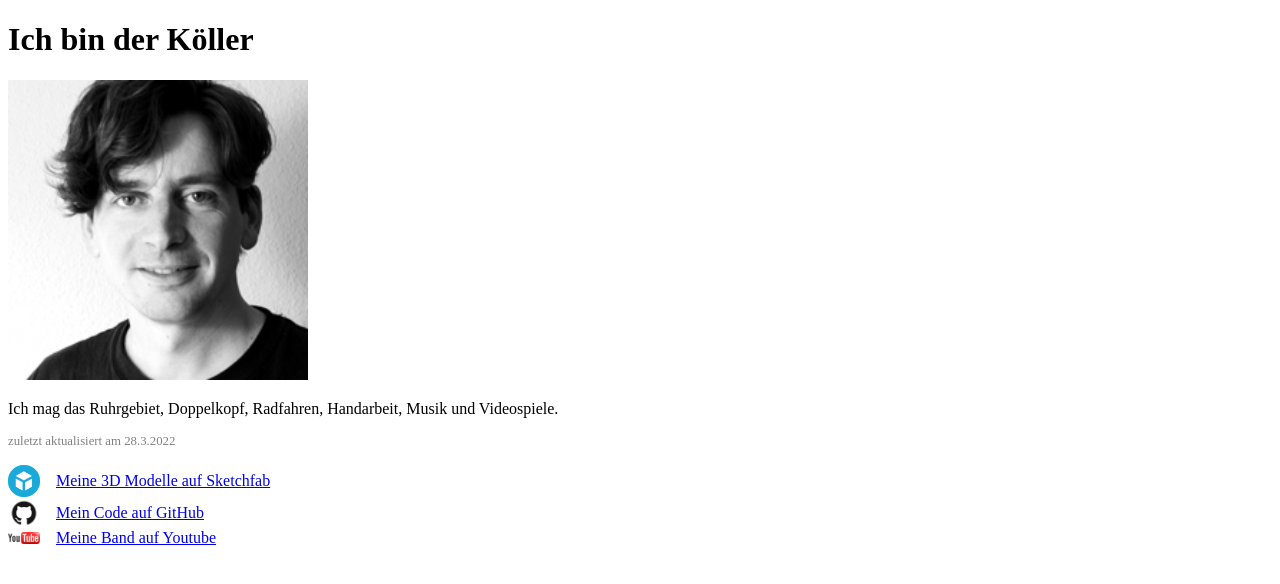
Repository: gringlas/sebastian-koeller.de
Page: index.html
The author's editor kept a copy of each file at every save. The page is drawn from the files as they stood at one save, then again after the next save.
The browser window is 1280 px wide. The pictures show the whole page.

Above is the page before, as saved 2022-03-28 23:48:21.

After the next save:
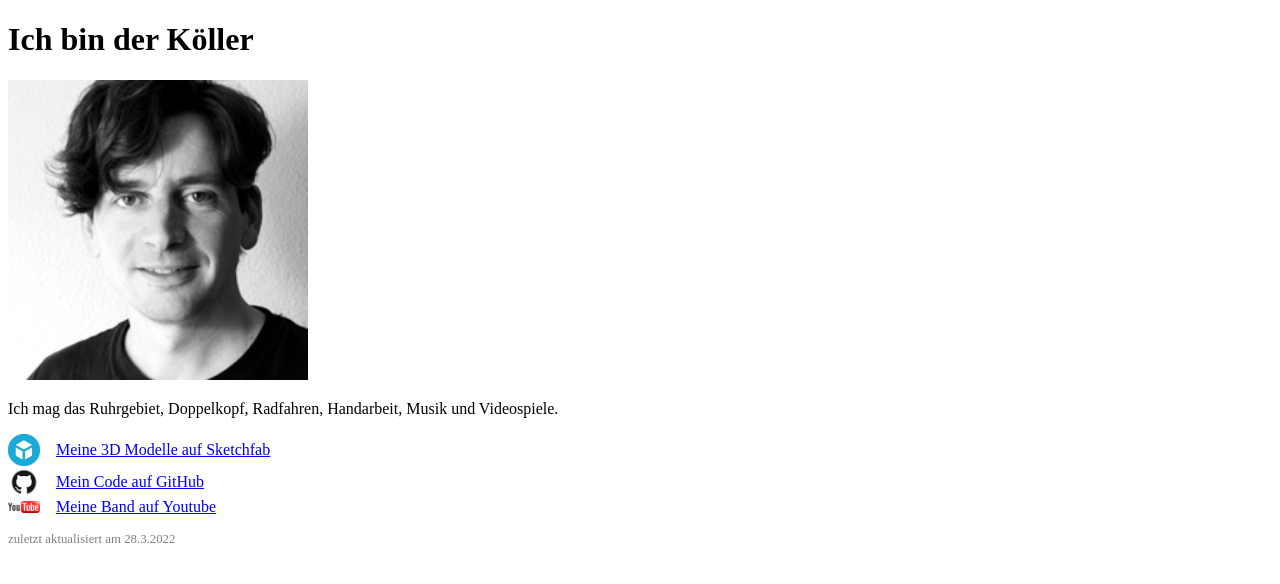
Saved 15 s later.
--- a/index.html
+++ b/index.html
@@ -30,7 +30,6 @@
     <h1>Ich bin der Köller</h1>
     <img src="images/seb_avatar.jpg" alt="Köller" width="300" height="300">
     <p>Ich mag das Ruhrgebiet, Doppelkopf, Radfahren, Handarbeit, Musik und Videospiele.</p>
-    <div class="lastModified">zuletzt aktualisiert am 28.3.2022</div>
     <ul>
         <li>
             <a href="https://sketchfab.com/gringlas">
@@ -51,6 +50,8 @@
             </a>
         </li>
     </ul>
+    <div class="lastModified">zuletzt aktualisiert am 28.3.2022</div>
+
 </body>
 
 </html>
